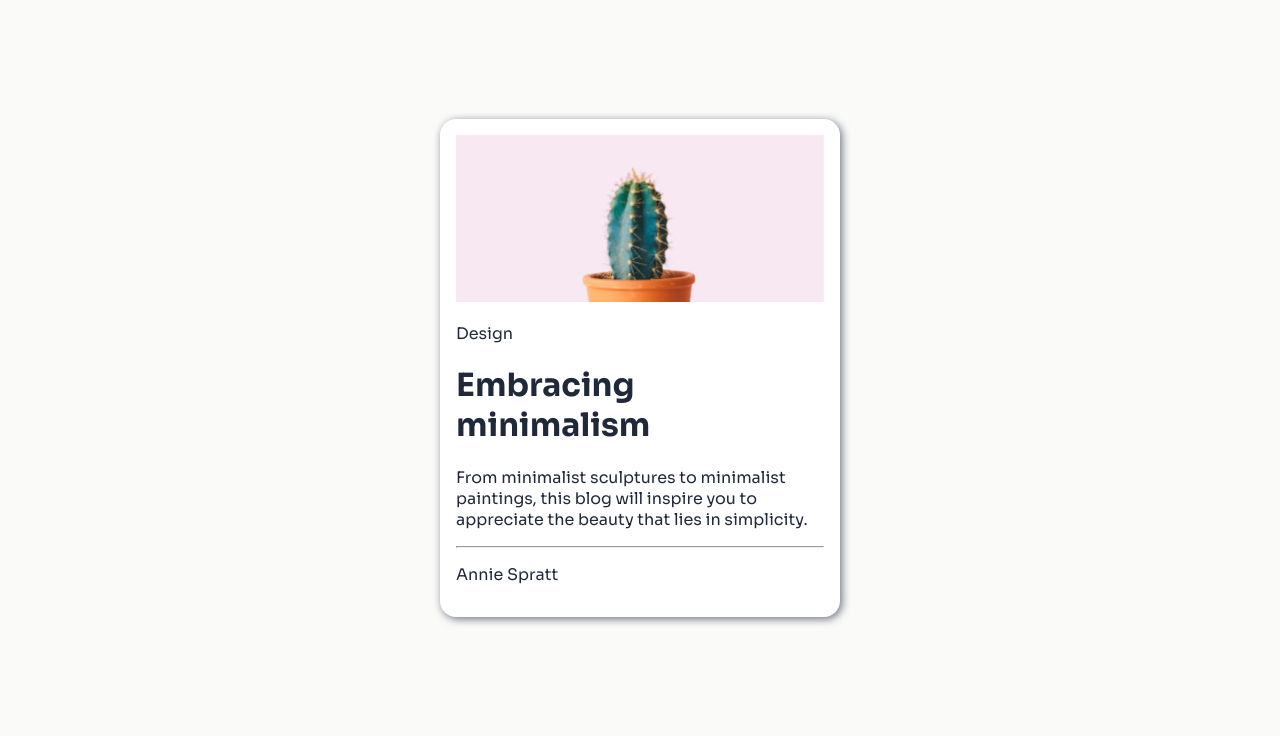
Repository: PCGP22/devChallengesio
Page: 01 - Minimal Blog Card/blogCard.html
The author's editor kept a copy of each file at every save. The page is drawn from the files as they stood at one save, then again after the next save.
The browser window is 1280 px wide. The pictures show the whole page.

Above is the page before, as saved 2024-01-01 19:53:48.

### 01 - Minimal Blog Card/blogCard.html
<!DOCTYPE html>
<html lang="en">
<head>
    <link rel="stylesheet" type="text/css" href="styles.css">
    <meta charset="UTF-8">
    <meta name="viewport" content="width=device-width, initial-scale=1.0">
    <title>Document</title>
</head>
<body>
    <div class="card">
        <img src="./cactus_img.jpg" alt="cactus image">
        <p>Design</p>
        <h1>Embracing minimalism</h1>
        <p>From minimalist sculptures to minimalist paintings, this blog will inspire you to appreciate the beauty that lies in simplicity.</p>
        <hr/>
        <p>Annie Spratt</p>
    </div>
</body>
</html>

### 01 - Minimal Blog Card/styles.css
@import url('https://fonts.googleapis.com/css2?family=Prata&family=Sora:wght@400;500;600;700&display=swap');

:root{
    --purple_text: #883AE1;
    --purple_background: #E6D6FC;
    --line: #E5EAF0;
    --body_background: #FAFAF9;
    --card_background: #FFFFFF;
    --text_title: #20293A;
    --text_body: #6C727F;

    --card_width: 368px;


    font-family: 'Sora', sans-serif;;
    color: var(--text_title);
}

body{
    background-color: var(--body_background);
    display: grid;
    place-content: center;
    min-height: 100svh;
}

.card{
    background-color: var(--card_background);
    padding: 16px;
    max-width: var(--card_width);
    border-radius: 16px;
    box-shadow: var(--text_body) 2px 2px 8px;
}

.card img{
    width: 100%;
}

After the next save:
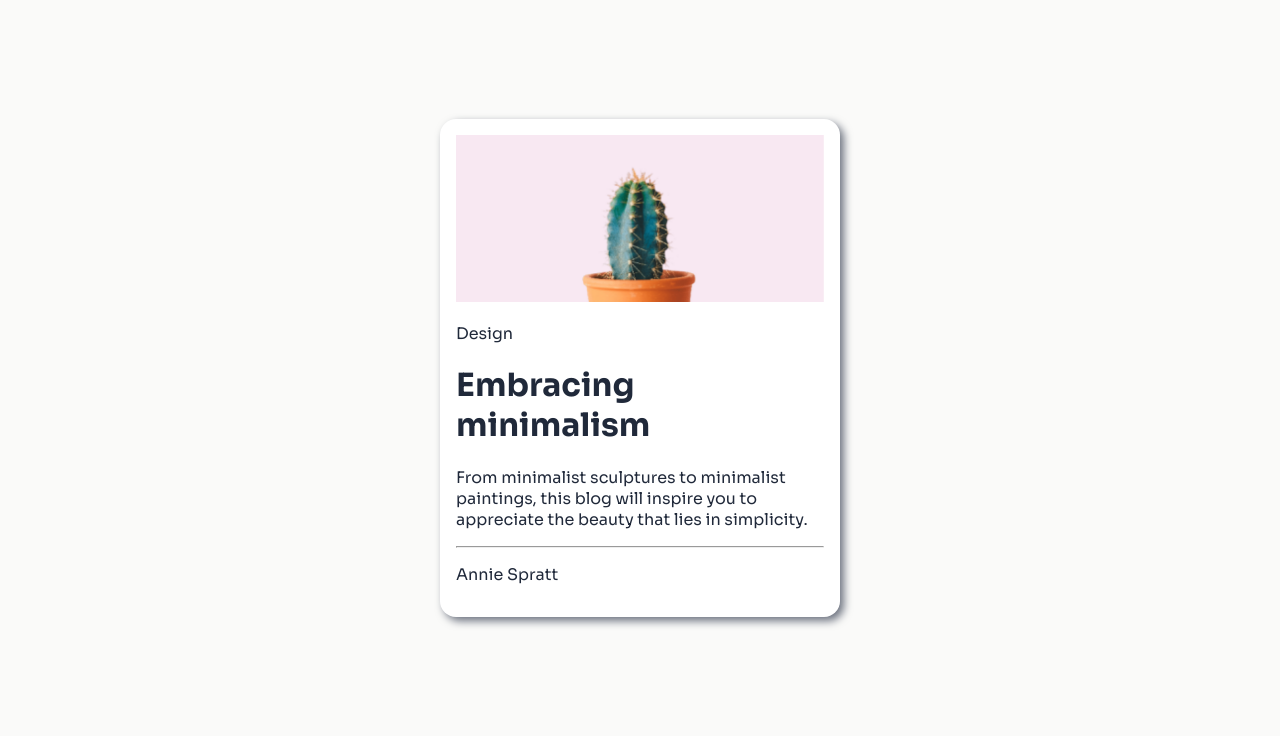
Saved 22 s later.
--- a/01 - Minimal Blog Card/styles.css
+++ b/01 - Minimal Blog Card/styles.css
@@ -28,7 +28,7 @@ body{
     padding: 16px;
     max-width: var(--card_width);
     border-radius: 16px;
-    box-shadow: var(--text_body) 2px 2px 8px;
+    box-shadow: var(--text_body) 4px 4px 8px;
 }
 
 .card img{
